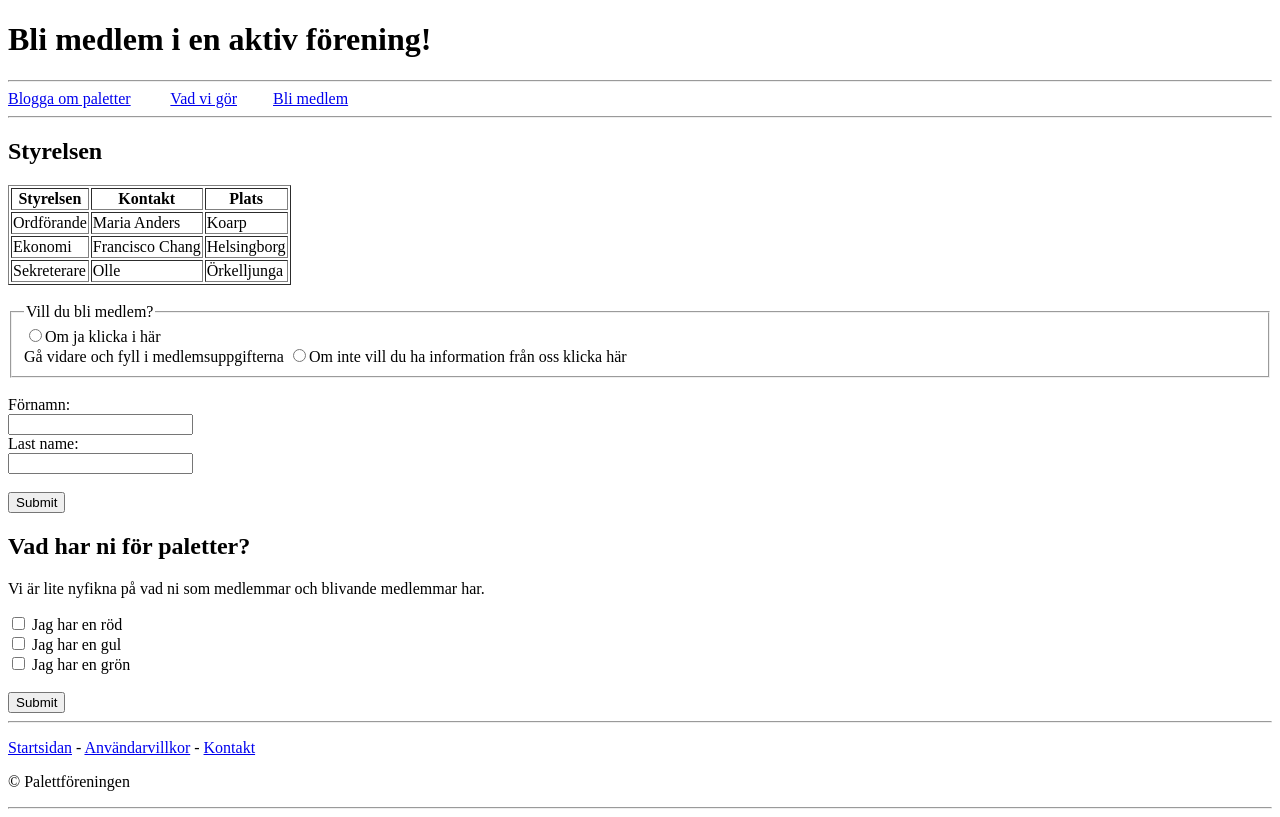
Repository: Webutveckling-20-21/Uppgift-1
Page: medlemskap.html
The author's editor kept a copy of each file at every save. The page is drawn from the files as they stood at one save, then again after the next save.
The browser window is 1280 px wide. The pictures show the whole page.

Above is the page before, as saved 2021-09-07 12:48:13.

### medlemskap.html
<!DOCTYPE html>
<html lang="en">

<head>
    <meta charset="UTF-8">
    <meta name="viewport" content="width=device-width, initial-scale=1.0">
    <title>Palettföreningen</title>
</head>

<body>
    <header>
        <h1>Bli medlem i en aktiv förening!</h1>
        <hr>
        <a href="blogg.html">Blogga om paletter</a> &nbsp;&nbsp;&nbsp;&nbsp;&nbsp;&nbsp;&nbsp;&nbsp; <a
            href="verksamheten.html">Vad vi gör</a>&nbsp;&nbsp;&nbsp;&nbsp;&nbsp;&nbsp;&nbsp;&nbsp;
        <a href="medlemskap.html">Bli medlem</a>

    </header>
    <hr>
    <main>
        <h2>Styrelsen</h2>

        <table border="1">
            <tr>
                <th>Styrelsen</th>
                <th>Kontakt</th>
                <th>Plats</th>
            </tr>
            <tr>
                <td>Ordförande</td>
                <td>Maria Anders</td>
                <td>Koarp</td>
            </tr>
            <tr>
                <td>Ekonomi</td>
                <td>Francisco Chang</td>
                <td>Helsingborg</td>
            </tr>
            <tr>
                <td>Sekreterare</td>
                <td>Olle</td>
                <td>Örkelljunga</td>
            </tr>
        </table> <br>

        <form method="post">
            <fieldset>
                <legend>Vill du bli medlem?</legend>
                <label><input type="radio" name="radio">Om ja klicka i här</label><br>
                Gå vidare och fyll i medlemsuppgifterna</a>
                <label><input type="radio" name="radio">Om inte vill du ha information från oss klicka här</label>
            </fieldset> <br>
            <label for="fname">Förnamn:</label><br>
            <input type="text" id="text" name="text" value=""><br>
            <label for="lname">Last name:</label><br>
            <input type="text" id="text" name="text" value=""><br><br>
            <input type="submit" value="Submit">
        </form>


    </main>
    <aside>
        <h2>Vad har ni för paletter?</h2>
        <p>Vi är lite nyfikna på vad ni som medlemmar och blivande medlemmar har.</p>

        <form>
            <input type="checkbox" id="red" name="red" value="red">
            <label for="red"> Jag har en röd</label><br>
            <input type="checkbox" id="yellow" name="yellow" value="yellow">
            <label for="yellow">Jag har en gul</label><br>
            <input type="checkbox" id="green" name="green" value="green">
            <label for="green"> Jag har en grön</label><br><br>
            <input type="submit" value="Submit">
        </form>




    </aside>
    <hr>
    <footer>
        <nav>
            <p>
                <a href="blogg.html">Startsidan</a> -
                <a href="villkor.html">Användarvillkor</a> -
                <a href="kontakt.html">Kontakt</a>
            </p>
        </nav>
        <p> &copy; Palettföreningen</p>

    </footer>
    <hr>

</body>


</html>

After the next save:
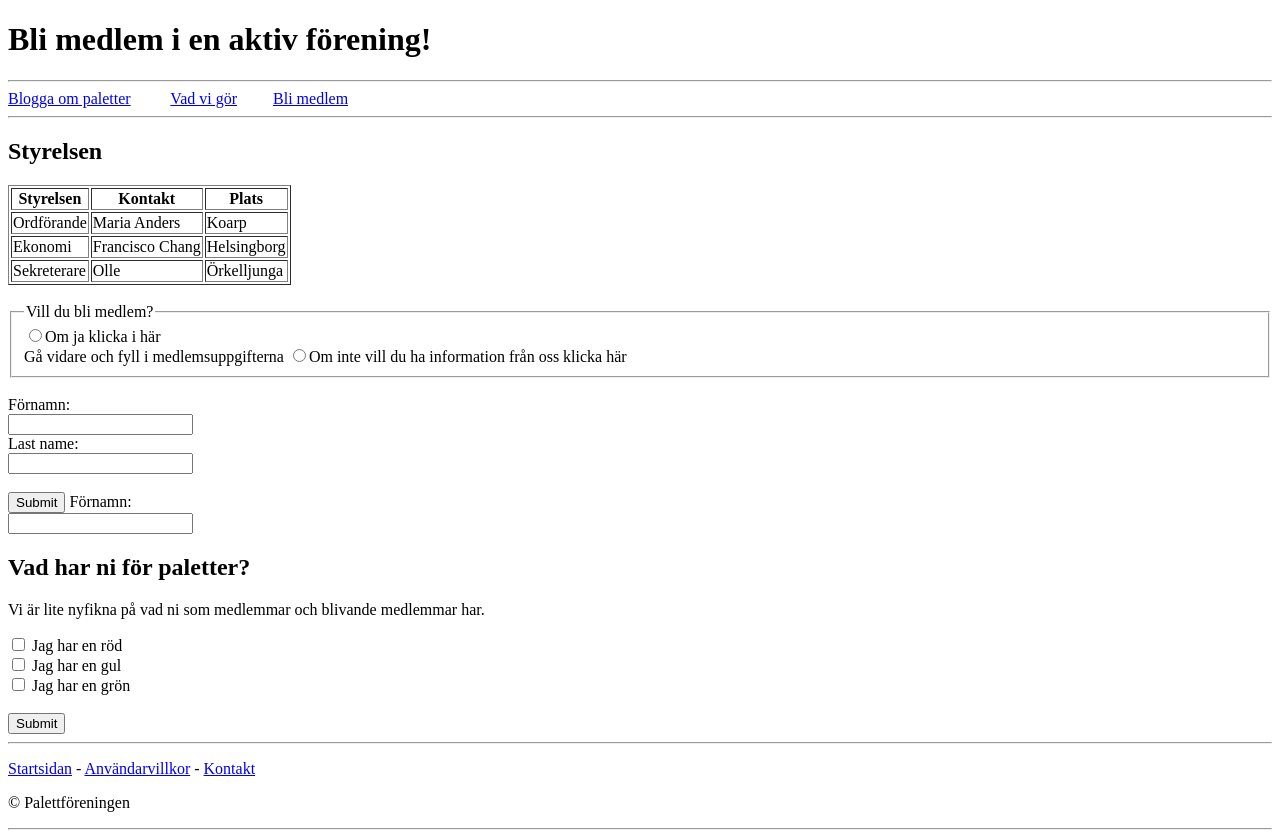
Saved 25 s later.
--- a/medlemskap.html
+++ b/medlemskap.html
@@ -55,6 +55,8 @@
             <label for="lname">Last name:</label><br>
             <input type="text" id="text" name="text" value=""><br><br>
             <input type="submit" value="Submit">
+             <label for="fname">Förnamn:</label><br>
+            <input type="text" id="text" name="text" value=""><br>
         </form>
 
 
